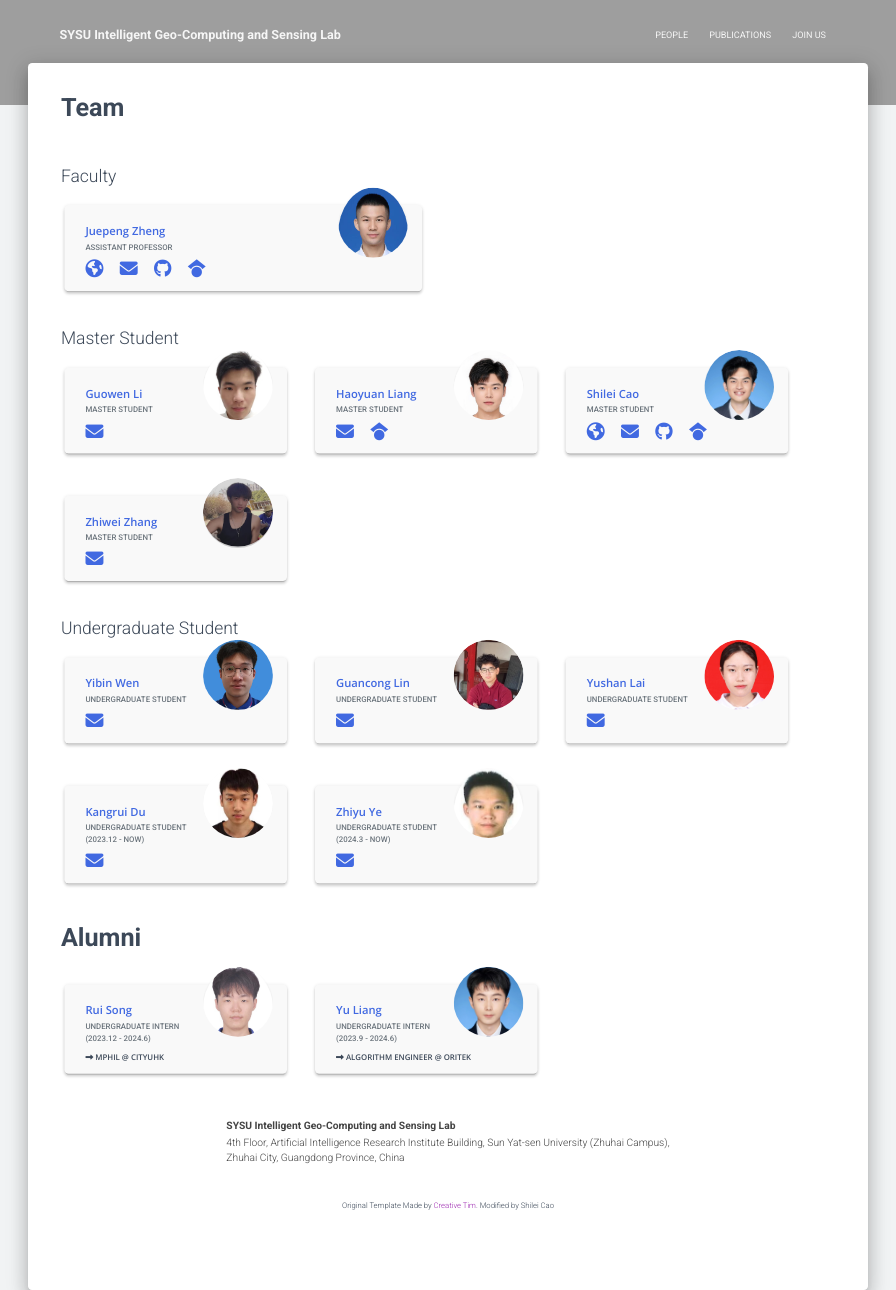
Repository: rssysu/rssysu.github.io
Page: people.html
The author's editor kept a copy of each file at every save. The page is drawn from the files as they stood at one save, then again after the next save.
The browser window is 1280 px wide. The pictures show the whole page, at 70% of full size.
Pictures or frames that could not be fetched are drawn as grey boxes. Some web libraries are served in a nearby version.

Above is the page before, as saved 2025-03-18 20:48:25.

After the next save:
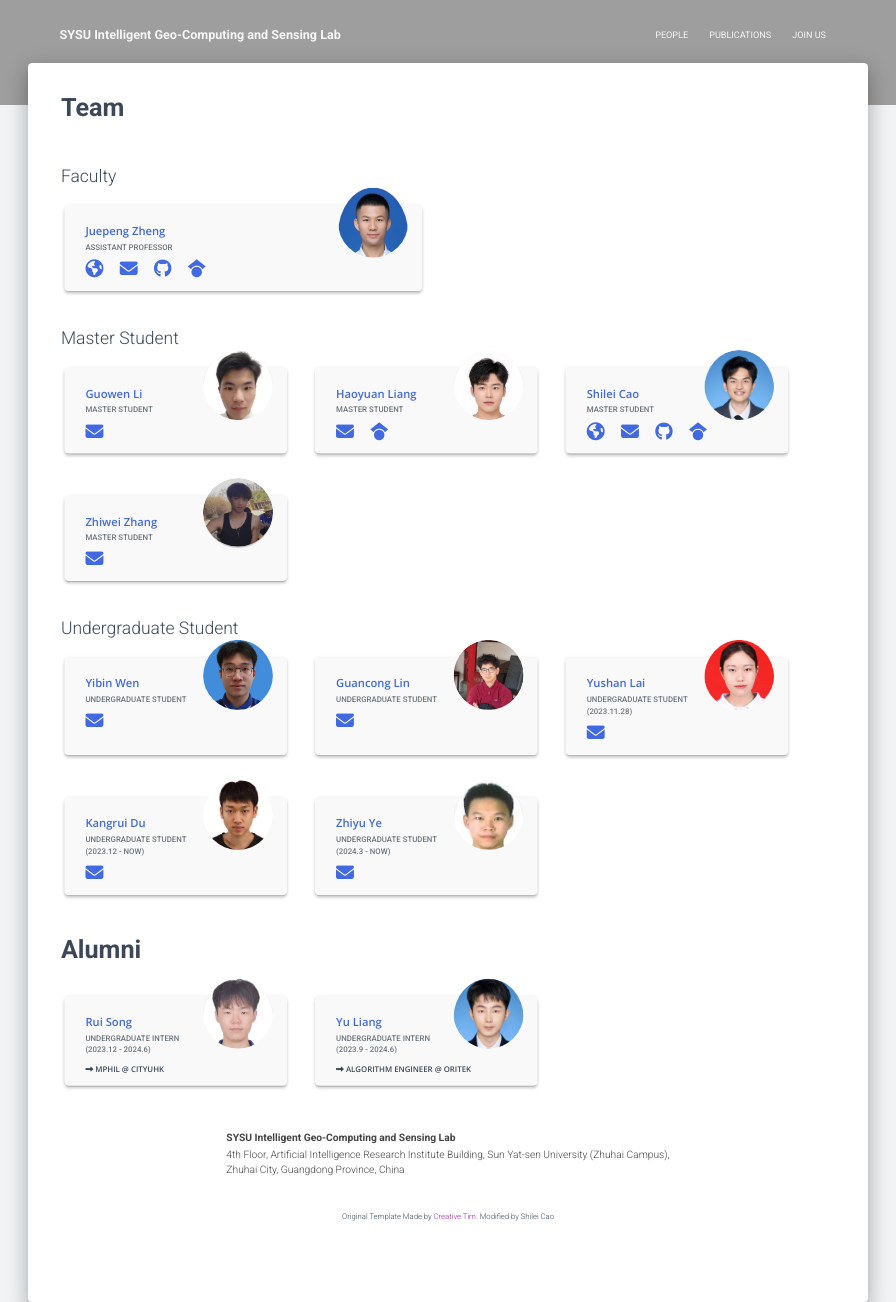
Saved 31 s later.
--- a/people.html
+++ b/people.html
@@ -182,7 +182,7 @@
                               </div>
                           </div>
                           <h4 class="card-title"> <a href="./assets/resume/lys.html" target="_blank"> Yushan Lai </a></h4>
-                          <h6 class="card-subtitle mb-2 text-muted">Undergraduate Student</h6>
+                          <h6 class="card-subtitle mb-2 text-muted">Undergraduate Student (2023.11.28)</h6>
 
                             <a href="mailto:laiysh6@mail2.sysu.edu.cn" class="card-link"><i class="fa fa-envelope fa-2x" aria-hidden="true"></i></a>
 
